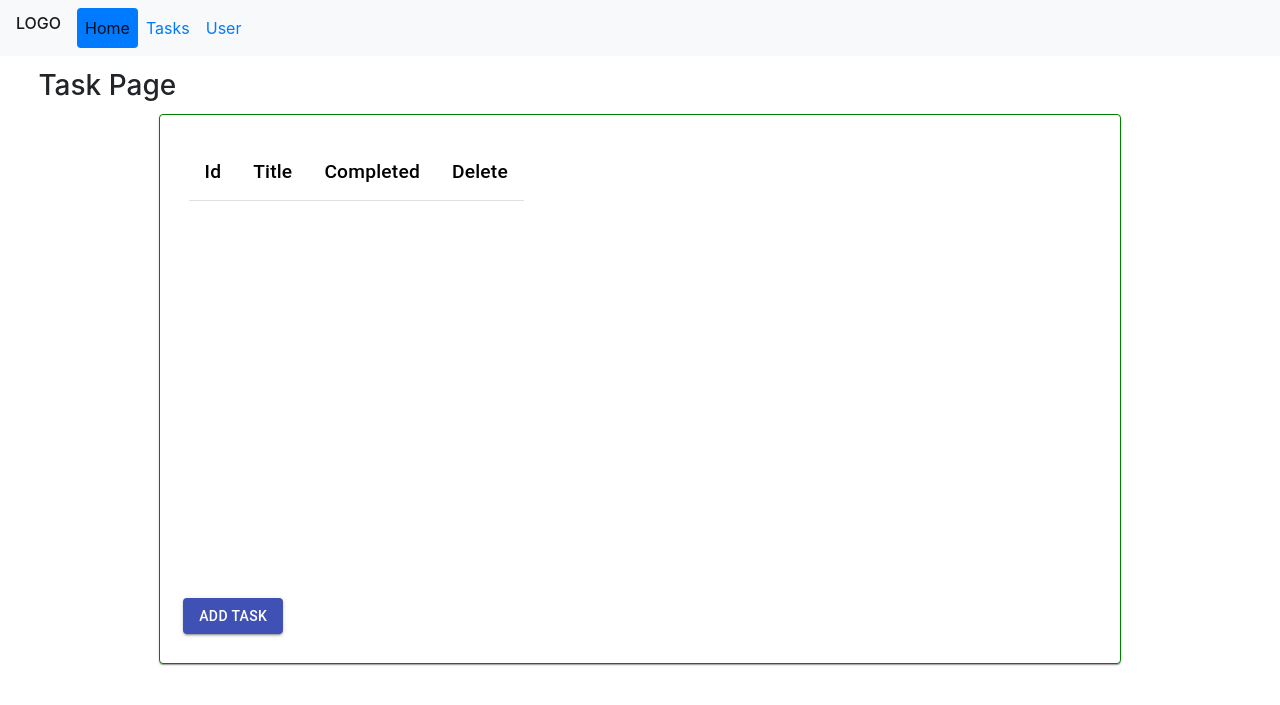
Repository: lalji-yadav/Nimapinfotech-demo-project
Page: /tasks
These files come from the project's save history. The page is drawn as it stood at one moment and after the next save; the edit follows.
The browser window is 1280 px wide. The pictures show the whole page.
The page's requests for data from a server got no answer. The project was rebuilt for these pictures with package versions that can differ from the ones it lists, and the page was loaded fresh each time. No one was signed in, and anything a server would have sent is missing. Also part of the build but not shown: src/components/Home.js, src/components/Users.js, src/components/Login.js.

Above is the page before, as saved 2021-01-17 19:04:04.

After the next save:
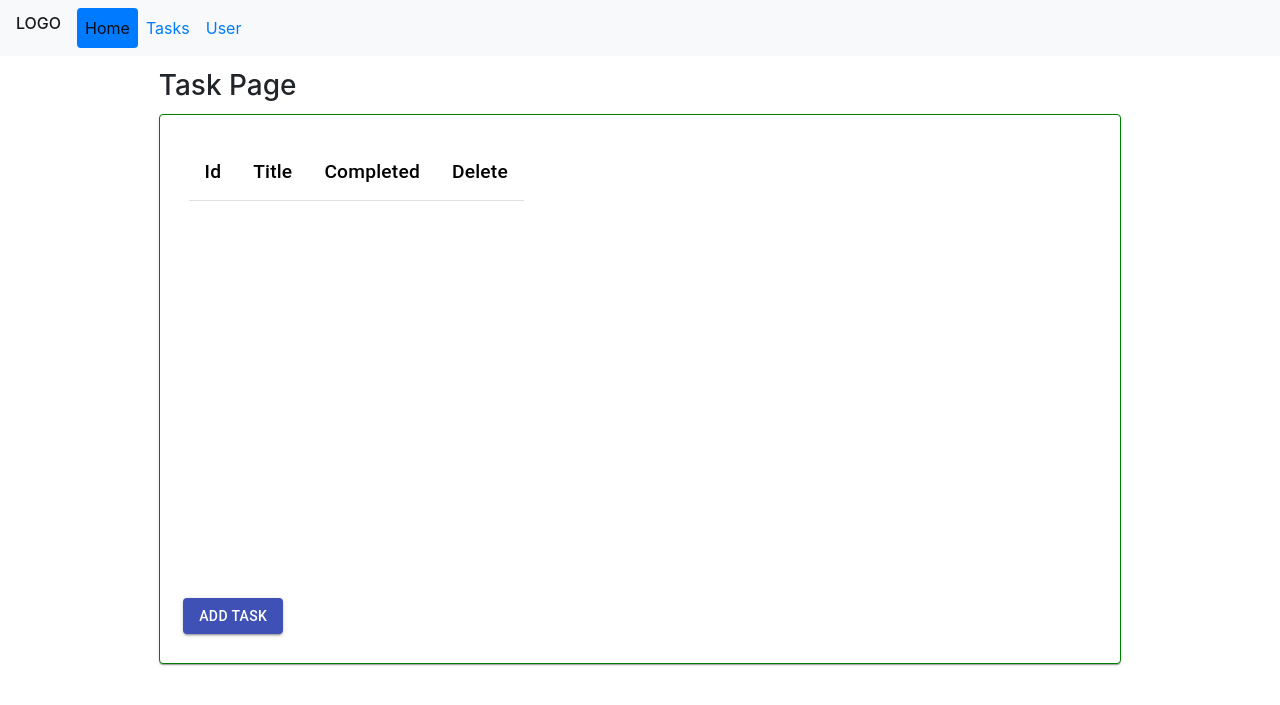
Saved 49 s later.
--- a/src/components/Tasks.js
+++ b/src/components/Tasks.js
@@ -19,7 +19,7 @@ function Tasks() {
 
     return (
         <div style={{ padding: "1% 3% 3% 3%" }}>
-            <h3>Task Page</h3>
+            <h3 style={{marginLeft:'10%'}}>Task Page</h3>
 
             <Card style={{ width: "80%", margin: "1% 10% 0% 10%", border: "1px solid green" }}>
 
